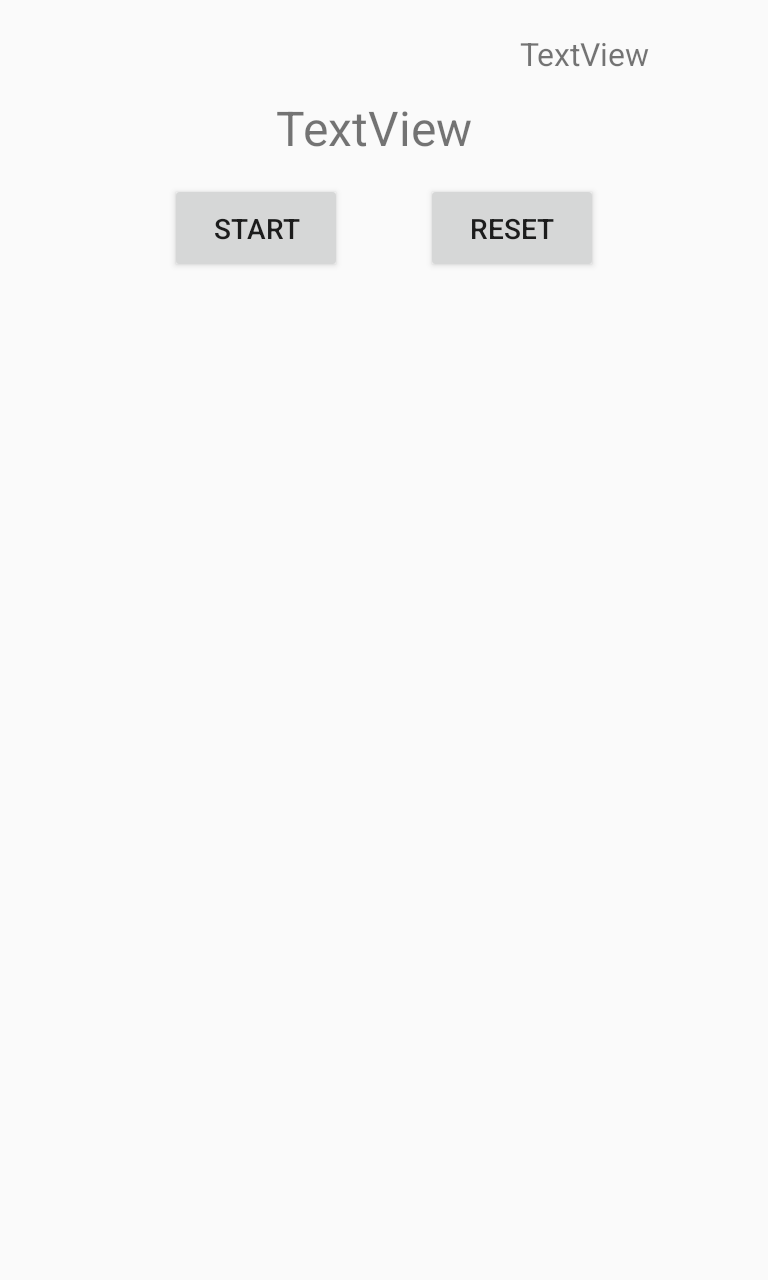
Repository: GitDidNotExitCleanly/AndroidTimer
Layout: StopWatch/res/layout/activity_main.xml
An editor plug-in stored every save of this project. The layout is shown before and after the next save, followed by the edit.
It is drawn on a 768 x 1280 px phone screen (xhdpi) without system bars, with theme AppTheme; the app's code is not run. Lists and similar views that code fills are empty.

Above is the layout before, as saved 2015-03-04 21:46:21.

### StopWatch/res/layout/activity_main.xml
<TableLayout xmlns:android="http://schemas.android.com/apk/res/android"
    xmlns:tools="http://schemas.android.com/tools"
    android:id="@+id/TableLayout1"
    android:layout_width="fill_parent"
    android:layout_height="fill_parent"
    android:paddingBottom="@dimen/activity_vertical_margin"
    android:paddingLeft="@dimen/activity_horizontal_margin"
    android:paddingRight="@dimen/activity_horizontal_margin"
    android:paddingTop="@dimen/activity_vertical_margin"
    tools:context="com.app.stopwatch.MainActivity" >

    <TableRow
        android:id="@+id/tableRow1"
        android:layout_width="wrap_content"
        android:layout_height="wrap_content"
        android:layout_marginBottom="10dp"
        android:gravity="right" >

        <TextView
            android:id="@+id/textView1"
            android:layout_width="wrap_content"
            android:layout_height="wrap_content"
            android:text="TextView"
            android:textSize="@dimen/abc_text_size_menu_material" />

    </TableRow>

    <TableRow
        android:id="@+id/tableRow2"
        android:layout_width="wrap_content"
        android:layout_height="wrap_content"
        android:layout_marginBottom="10dp"
        android:gravity="center" >

        <TextView
            android:id="@+id/textView2"
            android:layout_width="wrap_content"
            android:layout_height="wrap_content"
            android:text="TextView"
            android:textSize="@dimen/abc_text_size_headline_material" />

    </TableRow>

    <TableRow
        android:id="@+id/tableRow3"
        android:layout_width="wrap_content"
        android:layout_height="wrap_content"
        android:layout_marginBottom="10dp"
        android:gravity="center" >

        <Button
            android:id="@+id/button1"
            android:layout_width="wrap_content"
            android:layout_height="wrap_content"
            android:layout_marginRight="20dp"
            android:text="Start"
            android:textSize="@dimen/abc_text_size_button_material" />

        <Button
            android:id="@+id/button2"
            android:layout_width="wrap_content"
            android:layout_height="wrap_content"
            android:layout_marginLeft="20dp"
            android:text="Reset"
            android:textSize="@dimen/abc_text_size_button_material" />

    </TableRow>

    <TableRow
        android:id="@+id/tableRow4"
        android:layout_width="fill_parent"
        android:layout_height="wrap_content"
        android:gravity="center_vertical" >

        <ListView
            android:id="@+id/listView1"
            android:layout_width="fill_parent"
            android:layout_height="wrap_content" >
        </ListView>
    </TableRow>

</TableLayout>

### StopWatch/res/values/dimens.xml
<resources>

    <!-- Default screen margins, per the Android Design guidelines. -->
    <dimen name="activity_horizontal_margin">16dp</dimen>
    <dimen name="activity_vertical_margin">16dp</dimen>
    <dimen name="stopwatch_small_time">24sp</dimen>
    <dimen name="stopwatch_large_time">26sp</dimen>

</resources>

Loaded but not shown: StopWatch/res/values/styles.xml (common file); StopWatch/res/values-v11/styles.xml (common file); StopWatch/res/values-v14/styles.xml (common file); StopWatch/res/values-w820dp/dimens.xml (common file)

After the next save:
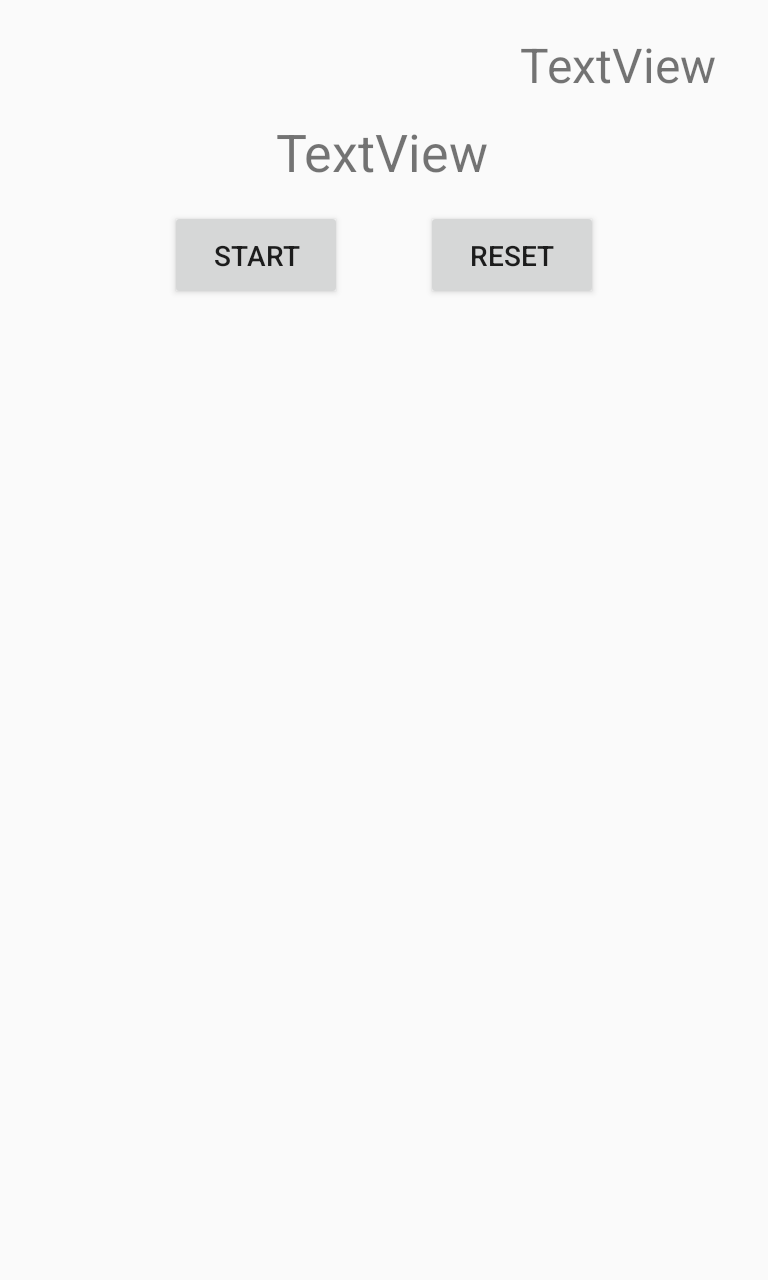
Saved 5 s later.
--- a/StopWatch/res/layout/activity_main.xml
+++ b/StopWatch/res/layout/activity_main.xml
@@ -21,7 +21,7 @@
             android:layout_width="wrap_content"
             android:layout_height="wrap_content"
             android:text="TextView"
-            android:textSize="@dimen/abc_text_size_menu_material" />
+            android:textSize="@dimen/stopwatch_small_time" />
 
     </TableRow>
 
@@ -37,7 +37,7 @@
             android:layout_width="wrap_content"
             android:layout_height="wrap_content"
             android:text="TextView"
-            android:textSize="@dimen/abc_text_size_headline_material" />
+            android:textSize="@dimen/stopwatch_large_time" />
 
     </TableRow>
 
